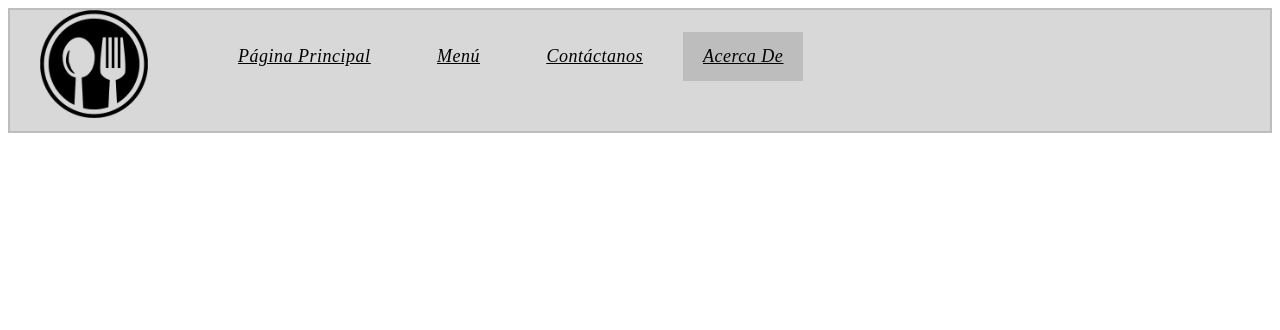
Repository: UVMCoyoacan/eq06_sitio1
Page: Carpeta docs/menu.html
These files come from the project's save history. The page is drawn as it stood at one moment and after the next save; the edit follows.
The browser window is 1280 px wide. The pictures show the whole page.

Above is the page before, as saved 2024-03-06 12:17:03.

### Carpeta docs/menu.html
<!DOCTYPE html>
<html>
    <head>
        <link rel="stylesheet" href="../Carpeta estilos/estilo1.css"/>
        <meta charset="utf-8" />
    </head>
    <body>
        <header id="parte_inicial" role="banner">
            <div class="encabezado" style="display: flex;   flex-wrap: wrap;">
                    <div style="flex-wrap:wrap ;">
                    <img width="108" height="108" src="../Carpeta ims/tres.png" onclick="redirigirIndex()" style="text-align: left; cursor:pointer;";>
                    </div>
            <div style="display: flex;   flex-wrap: wrap;">
            <ul >
                <li><a href="../index.html">Página principal</a></li>
                <li><a href="#">Menú</a></li>
                <li><a href="contactos.html">Contáctanos</a></li>
                <li style="float:right"><a class="active" href="acercade.html">Acerca de</a></li>
            </ul>
        </div>
            </div>

        </header>
    </body>
    <script src="../Carpeta js/js1.js">
    </script>
</html>

### Carpeta estilos/estilo1.css
.body {
  background-color: #F9F5E8;
  font-size: 18px;
  font-family: "Arial", sans-serif;
  font-weight: 500;
  line-height: 1.6;
  letter-spacing: 0.5px;
  padding: 20px 30px;
  text-transform: capitalize;
  text-align: left;
}

header {
  background-color: #D8D8D8;
  font-size: 22px;
  font-style: italic;
  line-height: 1.8;
  letter-spacing: 1px;
  text-indent: 30px;
  border-style: solid;
  border-width: 2px;
  border-color: #BDBDBD;
}

li {
  display: inline-block;
  background-color: #D8D8D8;
  font-size: 18px;
  font-style: italic;
  font-weight: 500;
  line-height: 1.6;
  letter-spacing: 0.5px;
  text-decoration: underline;
  text-transform: capitalize;
  text-indent: 0;
  margin-right: 20px;
}

a {
  display: block;
  padding: 10px 20px;
  background-color: #D8D8D8;
  color: #000;
}

.active {
  background-color: #BDBDBD;
}

#titulo {
  text-decoration: underline;
  font-size: 28px;
  font-style: italic;
}

### Carpeta js/js1.js
function redirigirIndex() {
    window.location.href = '#';
}

After the next save:
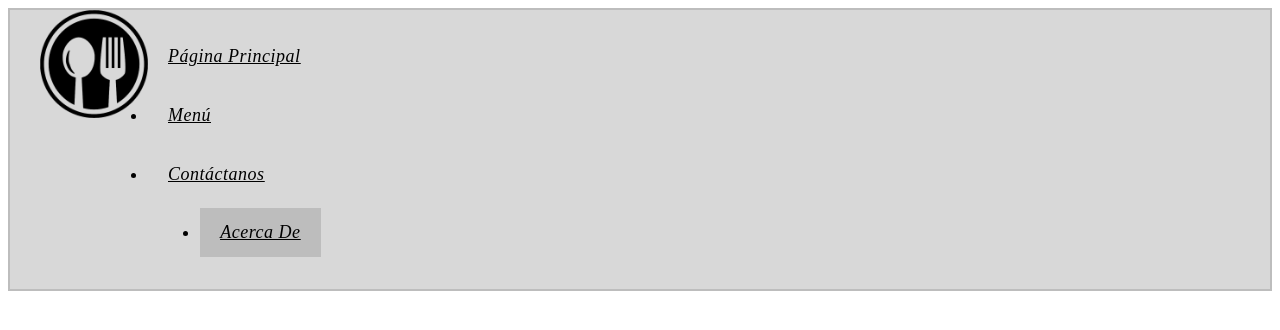
Saved 111 s later.
--- a/Carpeta estilos/estilo1.css
+++ b/Carpeta estilos/estilo1.css
@@ -1,3 +1,5 @@
+/* Estilo con elementos <li> en puntos */
+
 .body {
   background-color: #F9F5E8;
   font-size: 18px;
@@ -22,8 +24,13 @@ header {
   border-color: #BDBDBD;
 }
 
+ul {
+  list-style-type: disc; /* Cambio del estilo de viñetas a puntos */
+  padding-left: 0; /* Eliminación del relleno predeterminado de la lista */
+}
+
 li {
-  display: inline-block;
+  display: list-item; /* Restauración del comportamiento predeterminado de los elementos <li> */
   background-color: #D8D8D8;
   font-size: 18px;
   font-style: italic;
@@ -33,7 +40,7 @@ li {
   text-decoration: underline;
   text-transform: capitalize;
   text-indent: 0;
-  margin-right: 20px;
+  margin-bottom: 10px; /* Añadir espacio entre elementos de la lista */
 }
 
 a {
@@ -51,4 +58,5 @@ a {
   text-decoration: underline;
   font-size: 28px;
   font-style: italic;
+  margin-bottom: 20px;
 }

After the save that followed:
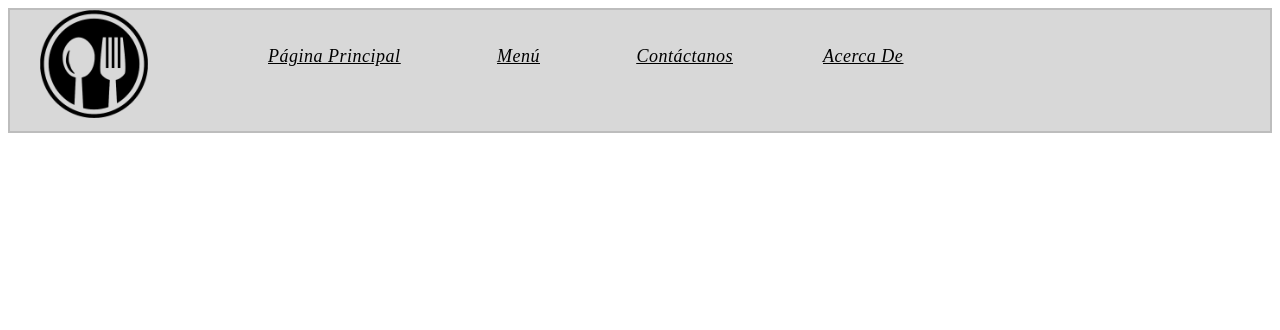
Saved 89 s later.
--- a/Carpeta estilos/estilo1.css
+++ b/Carpeta estilos/estilo1.css
@@ -1,4 +1,4 @@
-/* Estilo con elementos <li> en puntos */
+/* Estilo actualizado */
 
 .body {
   background-color: #F9F5E8;
@@ -25,12 +25,12 @@ header {
 }
 
 ul {
-  list-style-type: disc; /* Cambio del estilo de viñetas a puntos */
-  padding-left: 0; /* Eliminación del relleno predeterminado de la lista */
+  margin-left: auto; /* Mueve el ul (menú) a la derecha */
+  list-style-type: none; /* Quita los puntos de lista */
 }
 
 li {
-  display: list-item; /* Restauración del comportamiento predeterminado de los elementos <li> */
+  display: inline-block;
   background-color: #D8D8D8;
   font-size: 18px;
   font-style: italic;
@@ -39,8 +39,7 @@ li {
   letter-spacing: 0.5px;
   text-decoration: underline;
   text-transform: capitalize;
-  text-indent: 0;
-  margin-bottom: 10px; /* Añadir espacio entre elementos de la lista */
+  margin-right: 20px;
 }
 
 a {
@@ -51,7 +50,7 @@ a {
 }
 
 .active {
-  background-color: #BDBDBD;
+  background-color: transparent; /* Elimina el sombreado de .active */
 }
 
 #titulo {
